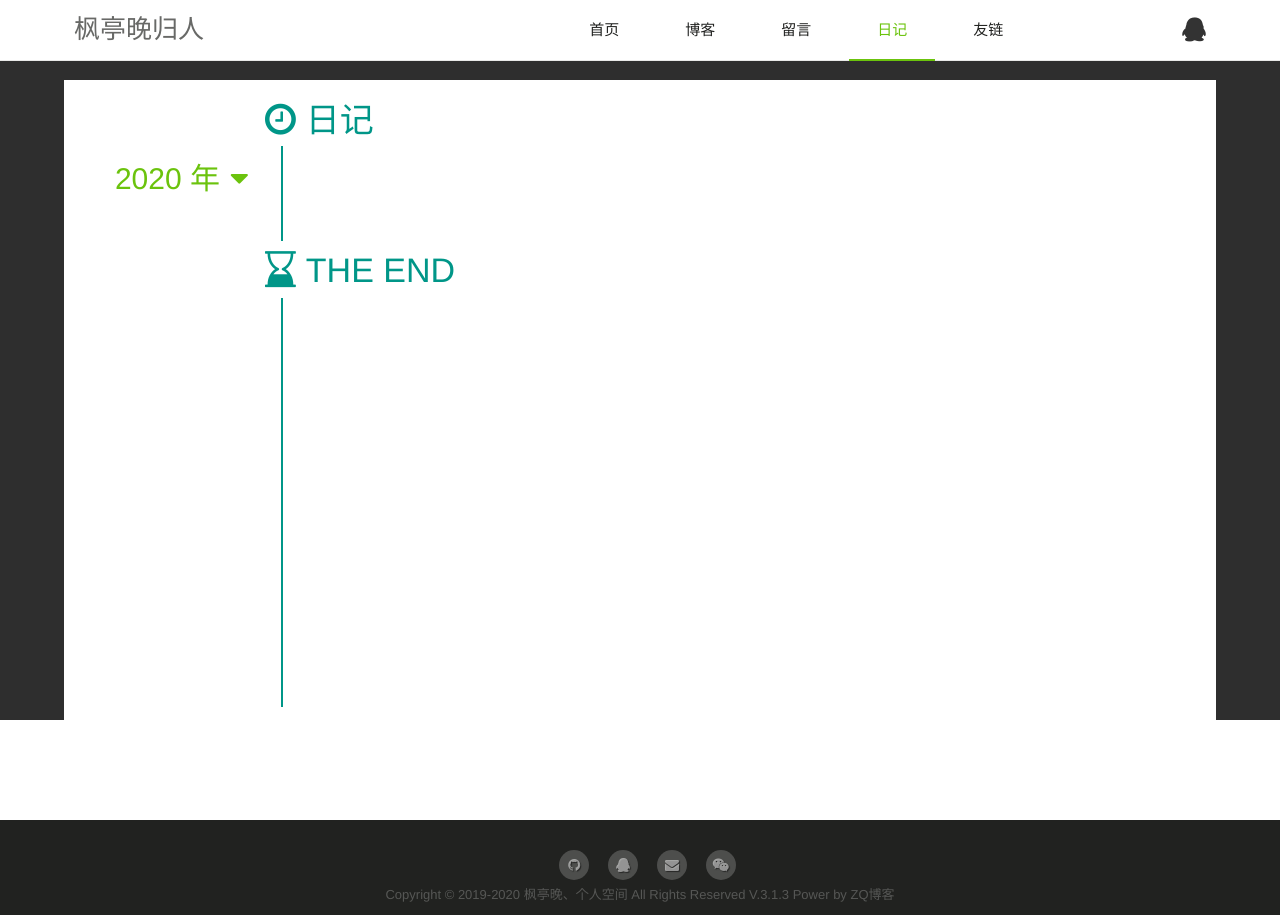
Repository: fengfi9/blog
Page: diary.html
The author's editor kept a copy of each file at every save. The page is drawn from the files as they stood at one save, then again after the next save.
The browser window is 1280 px wide. The pictures show the whole page.

Above is the page before, as saved 2020-10-22 15:04:01.
Console error: ReferenceError: $ is not defined

After the next save:
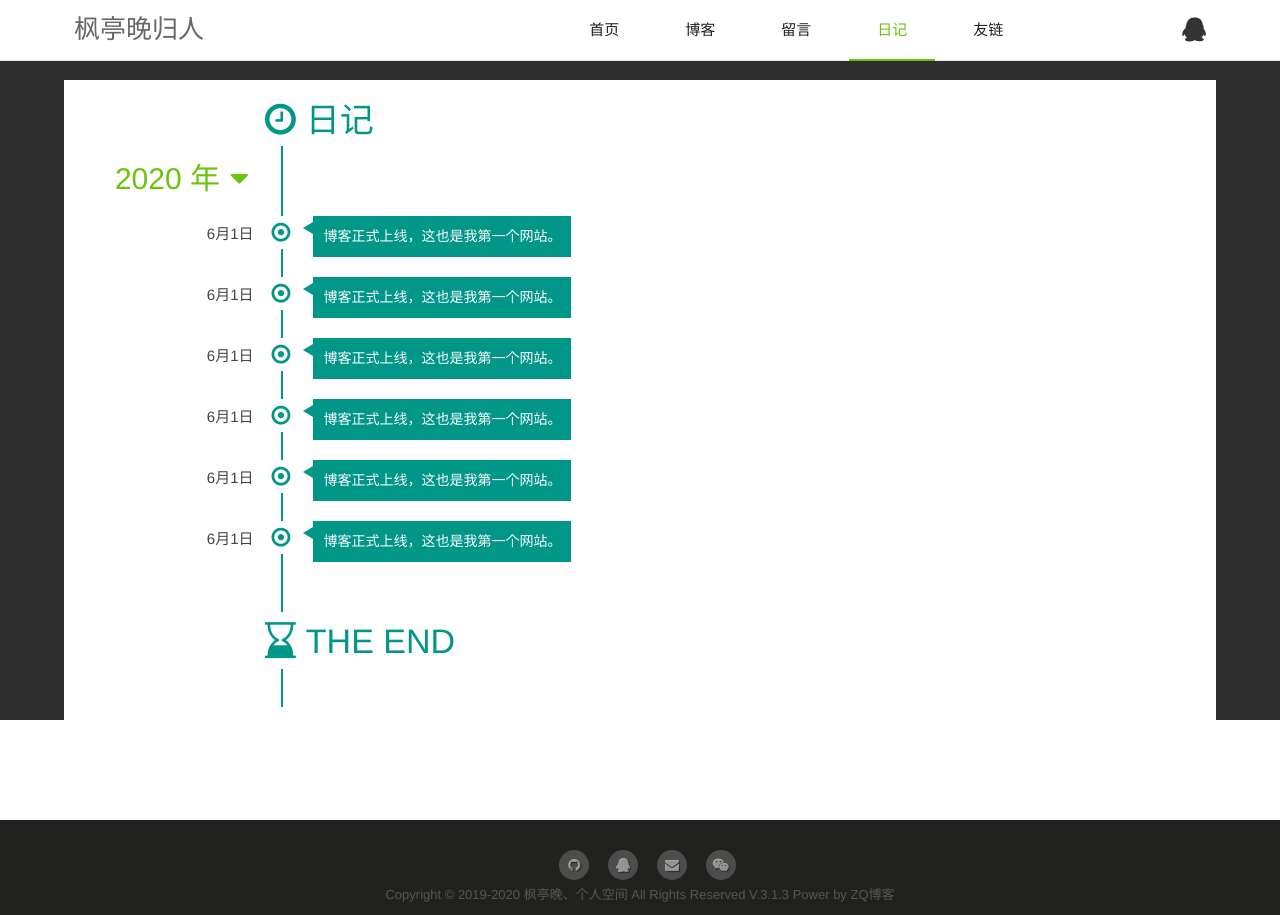
The error is gone.
Saved 51 s later.
--- a/diary.html
+++ b/diary.html
@@ -82,6 +82,7 @@
             </div>
         </div>
     </footer>
+    <script src="https://cdn.bootcss.com/jquery/3.3.1/jquery.min.js"></script>
     <script src="layui/layui.js"></script>
     <script src="js/yss/gloable.js"></script>
     <script src="js/plugins/nprogress.js"></script>
